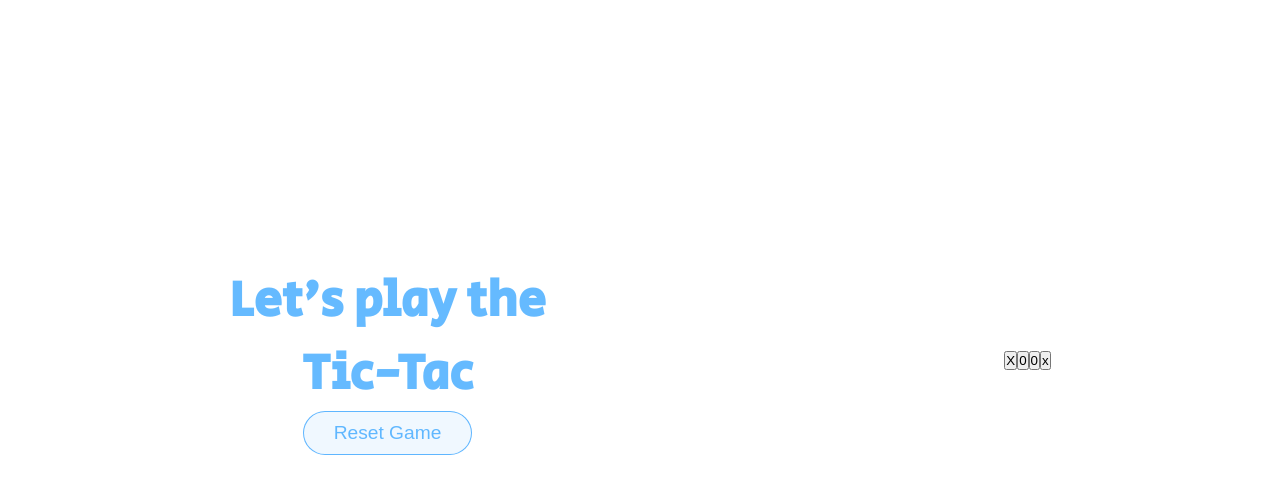
Repository: evergreenx/tic-tac
Page: /
These files come from the project's save history. The page is drawn as it stood at one moment and after the next save; the edit follows.
The browser window is 1280 px wide. The pictures show the whole page.
The project was rebuilt for these pictures with package versions that can differ from the ones it lists, and the page was loaded fresh each time.

Above is the page before, as saved 2022-04-21 04:11:35.

### src/index.scss
@import url("https://fonts.googleapis.com/css2?family=Anton&family=Secular+One&display=swap");

* {
  margin: 0;
  padding: 0;
  box-sizing: border-box;
}

body {
  font-family: "Secular One", sans-serif;
}

.App {
  display: flex;
  flex-direction: row;
  align-items: center;
  justify-content: space-around;
  height: 100vh;

  .board-text {
    .heading {
      color: #008cff9a;
      font-size: 50px;
    }

    .reset--button--text {
      color: #008cff9a;
      font-size: 1.2rem;
      padding: 10px 30px;
      border: 1px #008cff9a solid;
      border-radius: 50px;
      cursor: pointer;
      background-color: aliceblue;
    }
  }
}

@media (max-width: 768px) {
  .App {
    flex-direction: column;
  }
}

### src/App.js
import "./App.css";
import Board from "./components/Board";

function App() {
  return (
    <section className="App">
      <div className="board-text">
        <h1 className="heading">
          Let's play the <br /> Tic-Tac
        </h1>
        <div class="reset--button">
          <button class="reset--button--text">Reset Game</button>
        </div>
      </div>

      <Board />
    </section>
  );
}

export default App;

### src/components/Board.jsx
import React from "react";
import './Board.scss'

function Board() {
  return (
    <div className="board">
      <button>X</button>

      <button>0</button>

      <button>0</button>

      <button>x</button>
    </div>
  );
}

export default Board;

### src/components/Board/Board.scss
.board {
  display: flex;
  flex-direction: row;
}

Loaded but not shown: public/index.html (common file); src/index.js (common file); src/reportWebVitals.js (common file); src/App.css (common file)

After the next save:
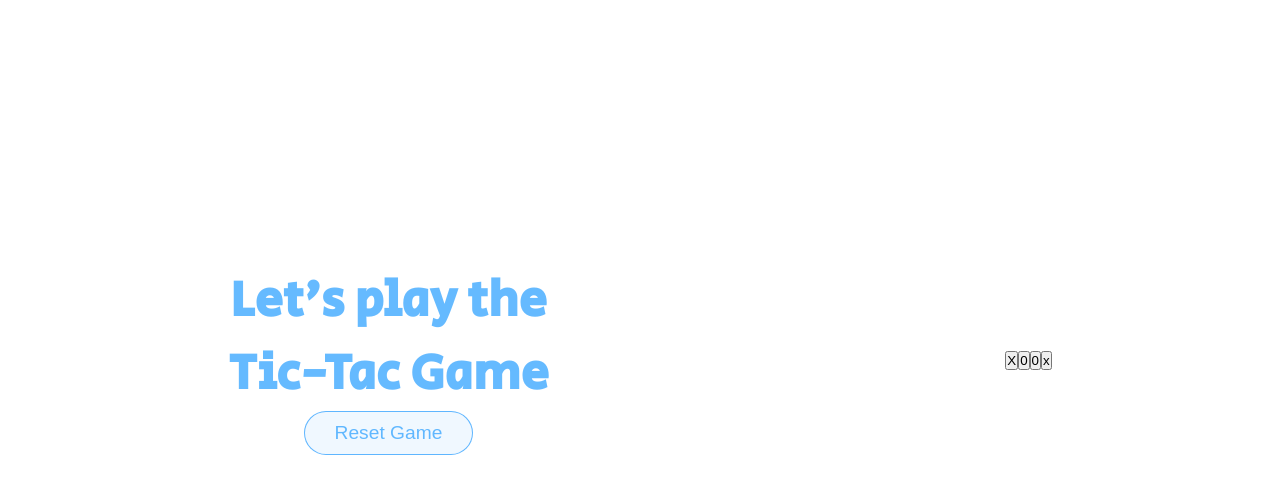
Saved 17 s later.
--- a/src/App.js
+++ b/src/App.js
@@ -6,7 +6,7 @@ function App() {
     <section className="App">
       <div className="board-text">
         <h1 className="heading">
-          Let's play the <br /> Tic-Tac
+          Let's play the <br /> Tic-Tac Game
         </h1>
         <div class="reset--button">
           <button class="reset--button--text">Reset Game</button>
